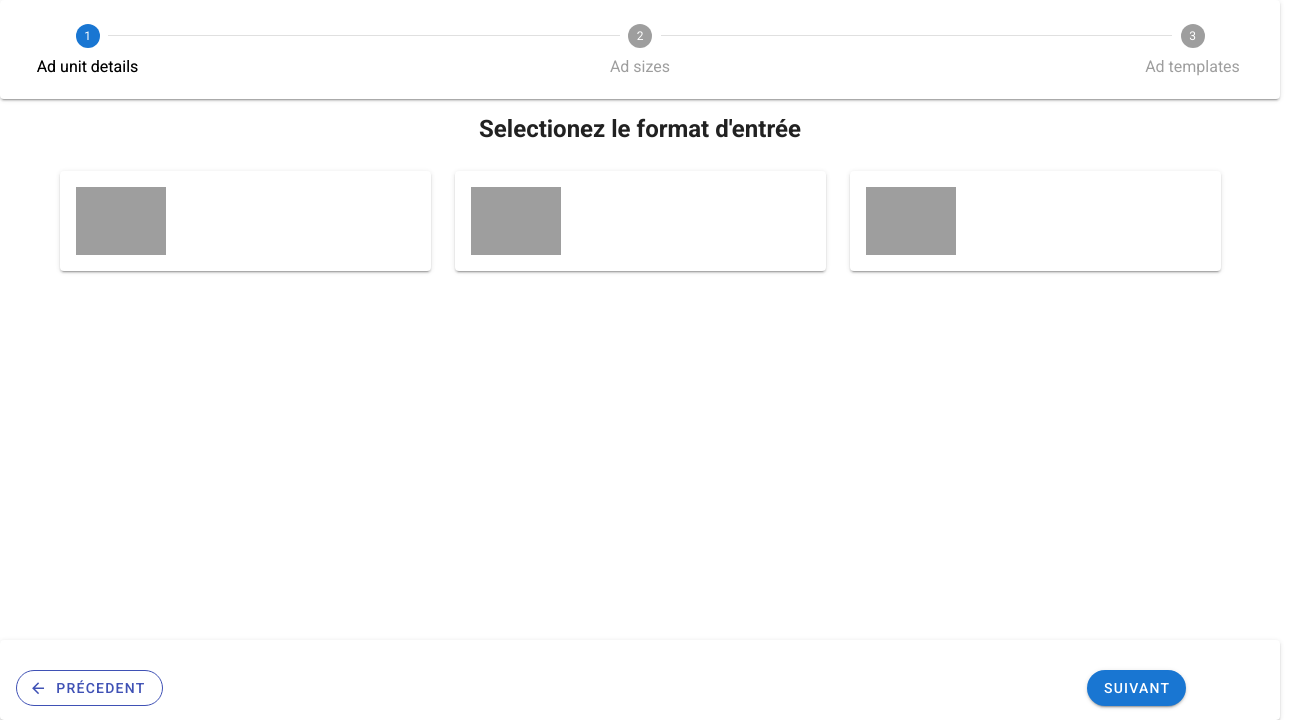
Repository: SidneyHodieb/myc
Page: /addsource/format
These files come from the project's save history. The page is drawn as it stood at one moment and after the next save; the edit follows.
The browser window is 1280 px wide. The page is 1292 px wide, so the pictures cover 1292 px, including what lies to the right of the window. The pictures show the whole page.
Pictures or frames that could not be fetched are drawn as grey boxes. The project was rebuilt for these pictures with package versions that can differ from the ones it lists, and the page was loaded fresh each time. Also part of the build but not shown: vue.config.js, src/views/Home.vue, src/views/addSource/components/card.vue, src/views/addSource/components/trigger.vue.

Above is the page before, as saved 2021-04-03 20:08:57.

After the next save:
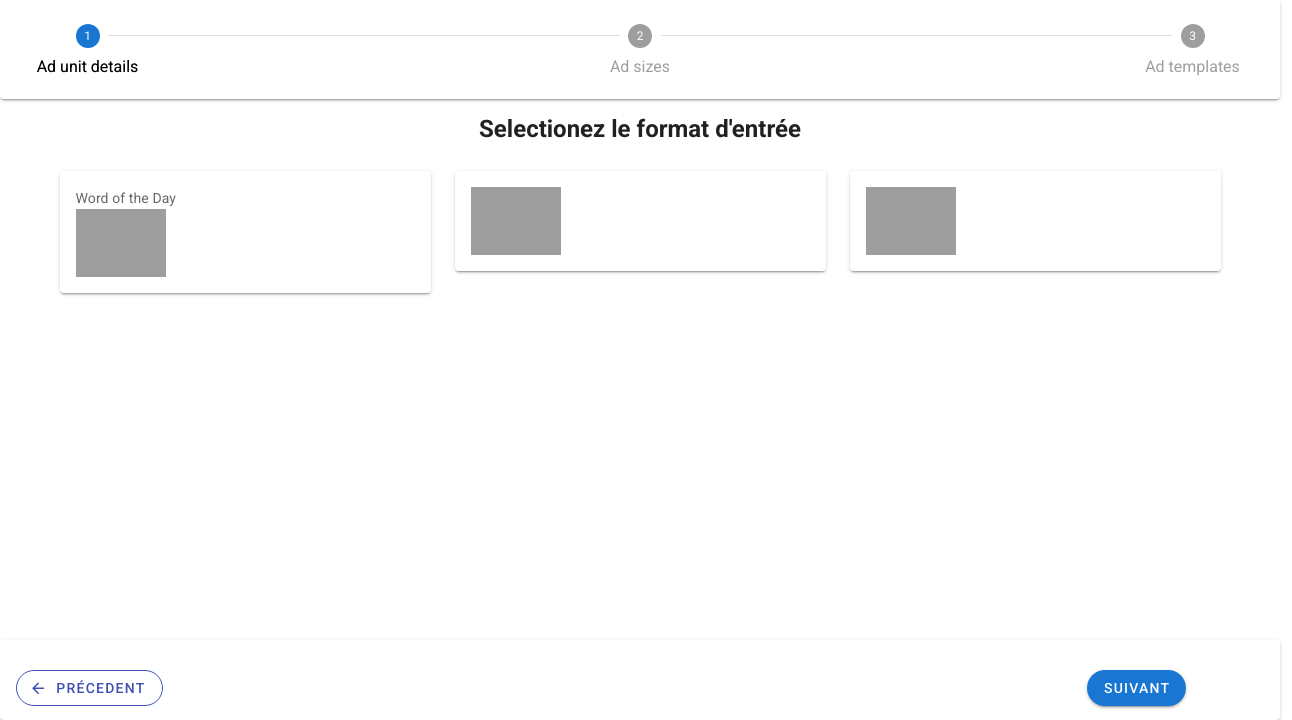
Saved 72 s later.
--- a/src/views/addSource/components/format.vue
+++ b/src/views/addSource/components/format.vue
@@ -7,6 +7,7 @@
       <v-col>
         <v-card>
           <v-card-text>
+            <div>Word of the Day</div>
           <v-img
            width="90"
             src="https://www.flaticon.com/svg/vstatic/svg/786/786788.svg?token=exp=1617473650~hmac=f02174a0ee444bdd71a855da4ad95c3d"
